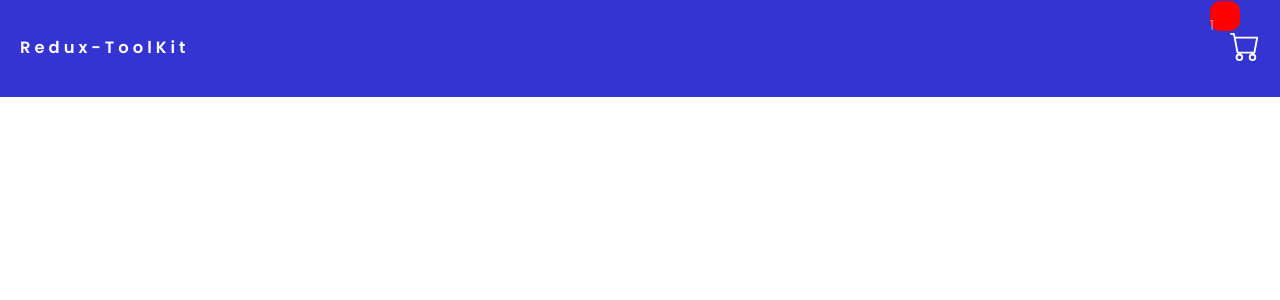
Repository: OmniaRafat232111121/shoppingCart
Page: /
The author's editor kept a copy of each file at every save. The page is drawn from the files as they stood at one save, then again after a run of saves.
The browser window is 1280 px wide. The pictures show the whole page.
The project was rebuilt for these pictures with package versions that can differ from the ones it lists, and the page was loaded fresh each time. Also part of the build but not shown: src/App.css.

Above is the page before, as saved 2023-02-07 01:54:19.

After the next 2 saves:
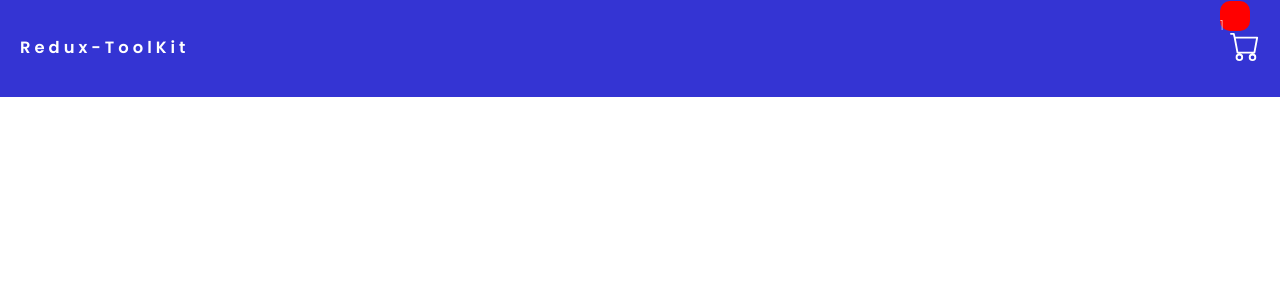
The 2 saves are shown as one change because they came seconds apart.
The last was saved 8 s later.
--- a/src/index.css
+++ b/src/index.css
@@ -31,7 +31,7 @@ nav{
 .amount-container{
   position: absolute;
   top:-30px;
-  left:-20px;
+  left:-10px;
   background-color: red;
   border-radius: 10px;
   width:30px;
